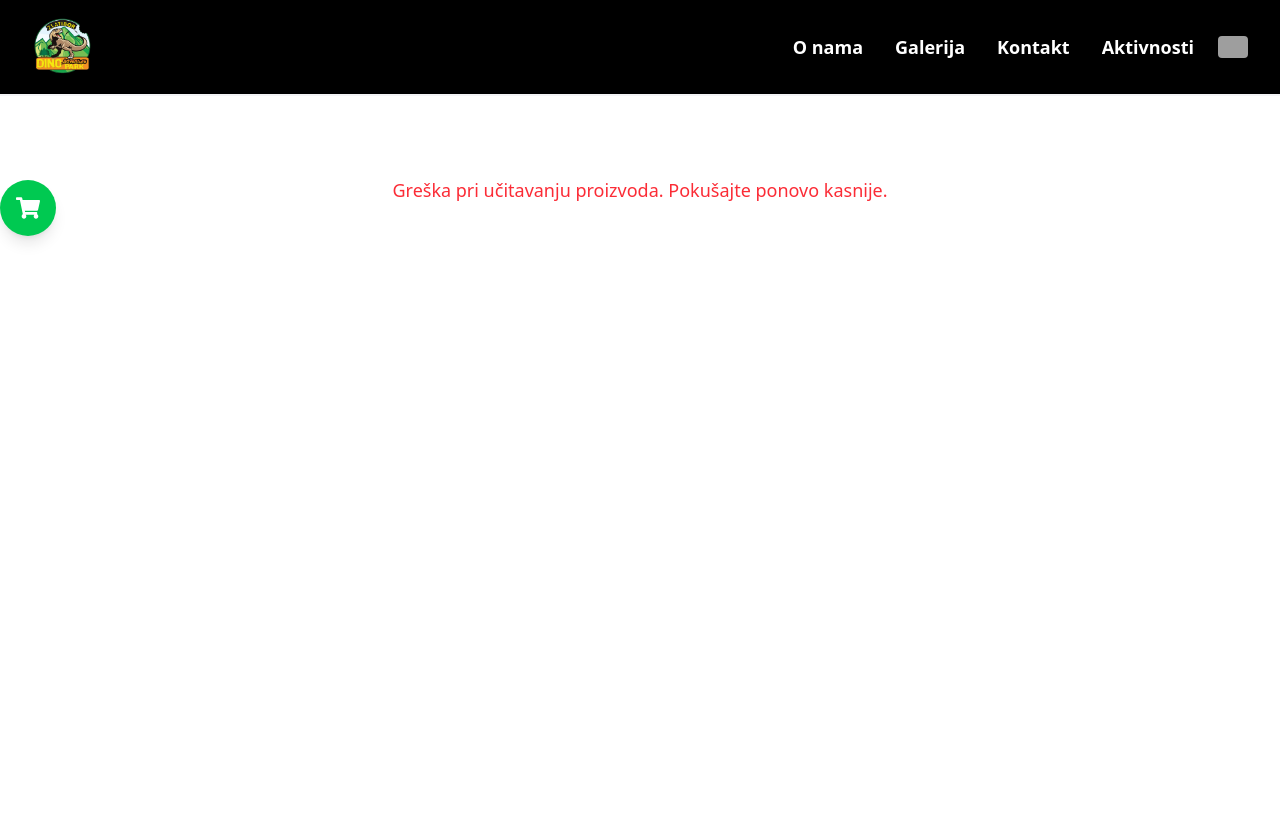
Repository: dimitrijekokovic/dinoparkk
Page: /shop
The author's editor kept a copy of each file at every save. The page is drawn from the files as they stood at one save, then again after the next save.
The browser window is 1280 px wide. The pictures show the whole page.
Pictures or frames that could not be fetched are drawn as grey boxes. The page's requests for data from a server got no answer. The project was rebuilt for these pictures with package versions that can differ from the ones it lists, and the page was loaded fresh each time. The framework's server and built-in components were replaced by stand-ins that run in the browser. No one was signed in, and anything a server would have sent is missing. Also part of the build but not shown: next.config.ts.

Above is the page before, as saved 2025-03-22 00:09:21.

### app/layout.tsx
"use client";

import type { Metadata } from "next";
import "./globals.css";
import Navbar from "./Navbar";
import { LanguageProvider } from "./context/LanguageContext"; // Novi import ✅

export default function RootLayout({
  children,
}: {
  children: React.ReactNode;
}) {
  return (
    <LanguageProvider>
      {" "}
      {/* Omotaj sve u LanguageProvider */}
      <html lang="sr" className="overflow-x-hidden">
        <body
          suppressHydrationWarning={true}
          className="bg-gray-100 text-gray-900 overflow-x-hidden"
        >
          <Navbar />
          <main className="w-full max-w-[100vw] overflow-x-hidden">
            {children}
          </main>
        </body>
      </html>
    </LanguageProvider>
  );
}

### app/shop/page.tsx
"use client";

import { useEffect, useState } from "react";
import { useRouter } from "next/navigation";
import Image from "next/image";
import CartIcon from "./components/CartIcon";
import { FaShoppingCart } from "react-icons/fa"; // Dodata ikonica korpe

// Definišemo tip podataka za proizvod
type Product = {
  id: number;
  name: string;
  description: string;
  price: number;
  imageUrl: string;
};

const ShopPage = () => {
  const [products, setProducts] = useState<Product[]>([]);
  const [loading, setLoading] = useState(true);
  const [error, setError] = useState(false);
  const router = useRouter(); // Koristimo `useRouter` za navigaciju

  useEffect(() => {
    const fetchProducts = async () => {
      try {
        const response = await fetch(
          "https://dinoparkwebshop-backend-1081514700612.us-central1.run.app/api/Product"
        );
        if (!response.ok) {
          throw new Error("Failed to fetch products");
        }
        const data: Product[] = await response.json();
        setProducts(data);
      } catch (err) {
        setError(true);
      } finally {
        setLoading(false);
      }
    };

    fetchProducts();
  }, []);

  const addToCart = (product: Product) => {
    let cart = JSON.parse(localStorage.getItem("cart") || "[]");
    cart.push(product);
    localStorage.setItem("cart", JSON.stringify(cart));

    // Ažuriramo prikaz broja u korpi
    const event = new Event("cartUpdated");
    window.dispatchEvent(event);
  };

  return (
    <section className="bg-white min-h-screen py-20 px-6 mt-24">
      <div className="max-w-7xl mx-auto">
        {/* Prikaz učitavanja */}
        {loading && (
          <p className="text-center text-lg text-gray-600">Učitavanje...</p>
        )}

        {/* Prikaz greške */}
        {error && (
          <p className="text-center text-lg text-red-500">
            Greška pri učitavanju proizvoda. Pokušajte ponovo kasnije.
          </p>
        )}

        {/* Grid layout za prikaz proizvoda */}
        {!loading && !error && (
          <div className="grid grid-cols-1 sm:grid-cols-2 md:grid-cols-3 lg:grid-cols-4 gap-8">
            {products.map((product) => (
              <div
                key={product.id}
                className="cursor-pointer bg-gray-100 rounded-lg shadow-lg hover:shadow-2xl transition overflow-hidden relative"
              >
                {/* Slika zauzima 100% širine kartice, bez paddinga */}
                <div
                  className="relative w-full h-64"
                  onClick={() => router.push(`/shop/${product.id}`)}
                >
                  <Image
                    src={product.imageUrl}
                    alt={product.name}
                    layout="fill"
                    objectFit="cover"
                    className="rounded-t-lg"
                  />
                </div>

                {/* Tekstualni deo kartice */}
                <div className="p-4 flex justify-between items-center">
                  <div>
                    <h2 className="text-xl font-semibold text-gray-900">
                      {product.name}
                    </h2>
                    <p className="text-gray-600 font-bold text-lg mt-2">
                      {product.price},00 RSD
                    </p>
                  </div>
                  <button
                    className="text-gray-700 hover:text-gray-900 text-xl"
                    onClick={() => addToCart(product)}
                  >
                    <FaShoppingCart />
                  </button>
                </div>
              </div>
            ))}
          </div>
        )}
      </div>
      <CartIcon />
    </section>
  );
};

export default ShopPage;

### app/globals.css
@import "tailwindcss";

body {
  @apply bg-gray-100 text-gray-900;
}

### app/Navbar.tsx
"use client";

import { useEffect, useState, useContext } from "react";
import Image from "next/image";
import Link from "next/link";
import { motion } from "framer-motion";
import { LanguageContext } from "./context/LanguageContext"; // ✅ Tačno!

const Navbar = () => {
  const { language, setLanguage } = useContext(LanguageContext); // Dobijamo globalni jezik
  const [scrolled, setScrolled] = useState(false);
  const [menuOpen, setMenuOpen] = useState(false);

  useEffect(() => {
    const handleScroll = () => {
      setScrolled(window.scrollY > 50);
    };
    window.addEventListener("scroll", handleScroll);
    return () => window.removeEventListener("scroll", handleScroll);
  }, []);

  // Dodajemo `overflow-hidden` na <body> kada je meni otvoren
  useEffect(() => {
    document.body.style.overflow = menuOpen ? "hidden" : "auto";
  }, [menuOpen]);

  const changeLanguage = () => {
    setLanguage(language === "sr" ? "en" : "sr");
  };

  return (
    <header
      className={`fixed top-0 left-0 w-full z-50 transition-all duration-300 ${
        scrolled ? "bg-black/80 backdrop-blur-md shadow-lg" : "bg-black"
      }`}
    >
      <div className="max-w-7xl mx-auto px-4 sm:px-6 lg:px-8 flex justify-between items-center py-4">
        {/* Logo */}
        <Link href="#home">
          <Image
            src="/logo.png"
            alt="DinoPark Logo"
            width={60}
            height={30}
            className="cursor-pointer transform transition duration-300 hover:scale-110"
          />
        </Link>

        {/* Desktop Menu */}
        <nav className="hidden md:flex space-x-8 text-white font-semibold text-lg ml-auto">
          {[
            { name: "O nama", id: "about" },
            { name: "Galerija", id: "gallery" },
            { name: "Kontakt", id: "contact" },
            { name: "Aktivnosti", id: "activities" },
          ].map((item, index) => (
            <a
              key={index}
              href={`#${item.id}`}
              className="relative group overflow-hidden"
            >
              <span className="group-hover:text-green-400 transition">
                {language === "sr"
                  ? item.name
                  : ["About", "Gallery", "Contact", "Activities"][index]}
              </span>
              <span className="absolute bottom-0 left-0 w-full h-0.5 bg-green-400 scale-x-0 group-hover:scale-x-100 transition-transform duration-300"></span>
            </a>
          ))}
        </nav>

        {/* Language Toggle (samo za desktop) */}
        <div className="hidden md:flex ml-6 space-x-4">
          <button onClick={changeLanguage}>
            {language === "sr" ? (
              <Image
                src="/uk-flag.png"
                alt="EN"
                width={30}
                height={20}
                className="rounded shadow-md hover:opacity-80 transition"
              />
            ) : (
              <Image
                src="/serbia-flag.png"
                alt="SR"
                width={30}
                height={20}
                className="rounded shadow-md hover:opacity-80 transition"
              />
            )}
          </button>
        </div>

        {/* Mobile Menu Button (burger dugme) */}
        <button
          onClick={() => setMenuOpen(!menuOpen)}
          className="md:hidden text-white text-3xl z-100"
        >
          {menuOpen ? "✖" : "☰"}
        </button>
      </div>

      {/* Mobile Menu */}
      {menuOpen && (
        <motion.div
          initial={{ opacity: 0 }}
          animate={{ opacity: 1 }}
          exit={{ opacity: 0 }}
          className="fixed top-0 left-0 w-full h-screen bg-black text-white flex flex-col items-center justify-center space-y-6 z-50 md:hidden"
        >
          {[
            { name: "O nama", id: "about" },
            { name: "Galerija", id: "gallery" },
            { name: "Kontakt", id: "contact" },
            { name: "Aktivnosti", id: "activities" },
          ].map((item, index) => (
            <a
              key={index}
              href={`#${item.id}`}
              className="text-xl hover:text-green-400 transition"
              onClick={() => setMenuOpen(false)} // Zatvori meni nakon klika
            >
              {language === "sr"
                ? item.name
                : ["About", "Gallery", "Contact", "Activities"][index]}
            </a>
          ))}

          {/* Language Toggle u mobilnom meniju */}
          <button onClick={changeLanguage} className="mt-4">
            {language === "sr" ? (
              <Image
                src="/uk-flag.png"
                alt="EN"
                width={30}
                height={20}
                className="rounded shadow-md hover:opacity-80 transition"
              />
            ) : (
              <Image
                src="/serbia-flag.png"
                alt="SR"
                width={30}
                height={20}
                className="rounded shadow-md hover:opacity-80 transition"
              />
            )}
          </button>
        </motion.div>
      )}
    </header>
  );
};

export default Navbar;

### app/context/LanguageContext.tsx
"use client";

import { createContext, useState } from "react";

export const LanguageContext = createContext<{
  language: string;
  setLanguage: (lang: string) => void;
}>({
  language: "sr",
  setLanguage: () => {},
});

export const LanguageProvider = ({
  children,
}: {
  children: React.ReactNode;
}) => {
  const [language, setLanguage] = useState("sr");

  return (
    <LanguageContext.Provider value={{ language, setLanguage }}>
      {children}
    </LanguageContext.Provider>
  );
};

### app/shop/components/CartIcon.tsx
"use client";

import { FaShoppingCart } from "react-icons/fa";
import { useRouter } from "next/navigation";
import { useState, useEffect } from "react";

const CartIcon = () => {
  const router = useRouter();
  const [cartCount, setCartCount] = useState(0);

  useEffect(() => {
    const updateCartCount = () => {
      const storedCart = JSON.parse(localStorage.getItem("cart") || "[]");
      setCartCount(storedCart.length);
    };

    updateCartCount();
    window.addEventListener("cartUpdated", updateCartCount);

    return () => {
      window.removeEventListener("cartUpdated", updateCartCount);
    };
  }, []);

  return (
    <div
      className="fixed bottom-6 right-6 bg-green-500 text-white p-4 rounded-full cursor-pointer shadow-lg hover:bg-green-600 transition relative flex items-center justify-center w-14 h-14"
      onClick={() => router.push("/shop/cart")}
    >
      <FaShoppingCart size={24} />
      {cartCount > 0 && (
        <span className="absolute -top-1 -right-1 bg-red-500 text-white text-xs font-bold px-2 py-1 rounded-full shadow-md">
          {cartCount}
        </span>
      )}
    </div>
  );
};

export default CartIcon;

After the next save:
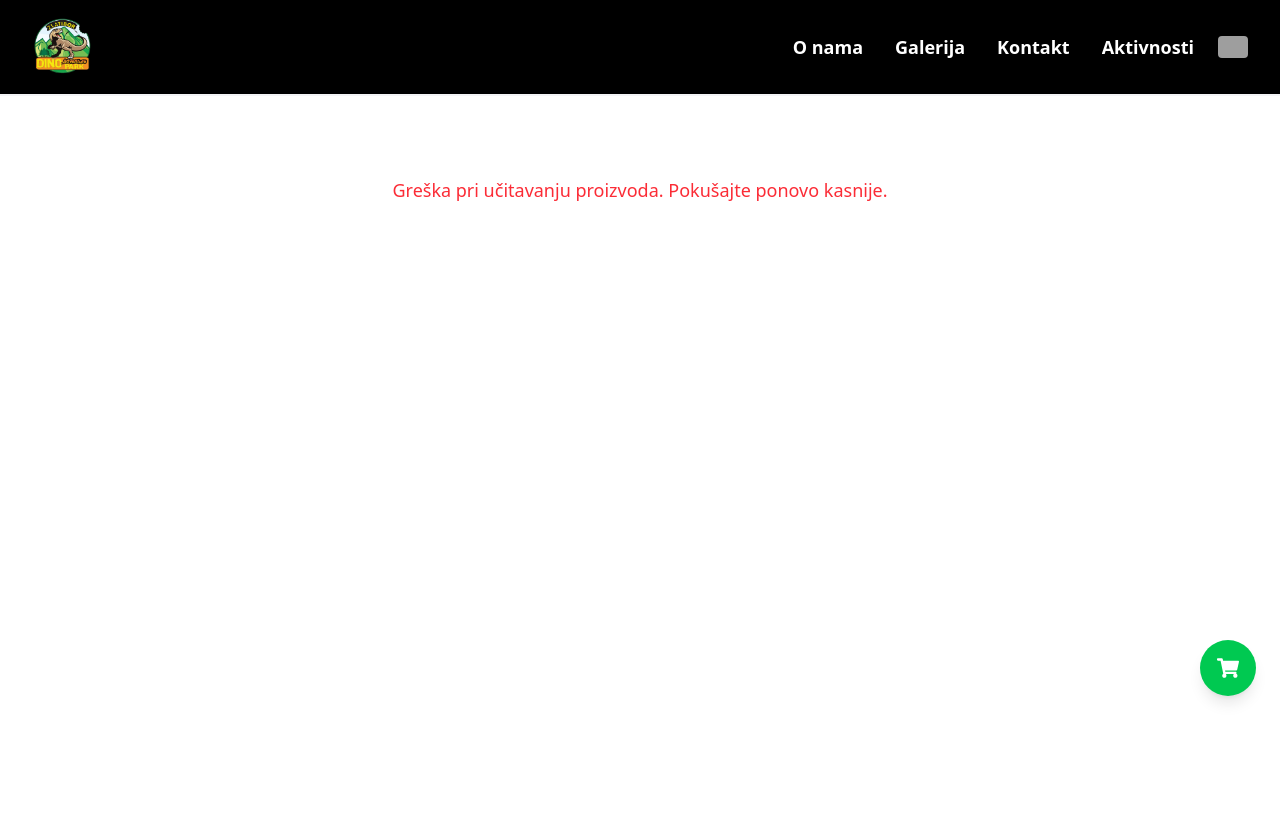
Saved 2 min 1 s later.
--- a/app/shop/components/CartIcon.tsx
+++ b/app/shop/components/CartIcon.tsx
@@ -24,12 +24,12 @@ const CartIcon = () => {
 
   return (
     <div
-      className="fixed bottom-6 right-6 bg-green-500 text-white p-4 rounded-full cursor-pointer shadow-lg hover:bg-green-600 transition relative flex items-center justify-center w-14 h-14"
+      className="fixed bottom-6 right-6 bg-green-500 text-white w-14 h-14 flex items-center justify-center rounded-full shadow-lg hover:bg-green-600 transition-all duration-300 z-50 cursor-pointer"
       onClick={() => router.push("/shop/cart")}
     >
-      <FaShoppingCart size={24} />
+      <FaShoppingCart size={22} />
       {cartCount > 0 && (
-        <span className="absolute -top-1 -right-1 bg-red-500 text-white text-xs font-bold px-2 py-1 rounded-full shadow-md">
+        <span className="absolute -top-1 -right-1 bg-red-500 text-white text-[11px] font-bold px-1.5 py-0.5 rounded-full shadow-md">
           {cartCount}
         </span>
       )}
